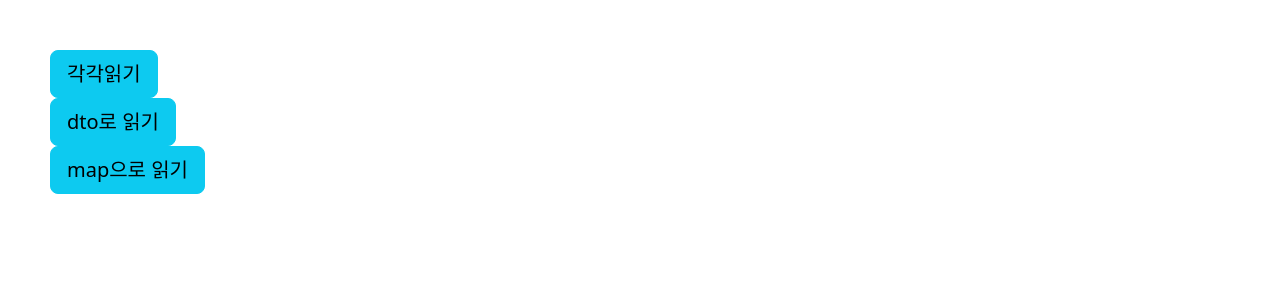
Repository: UZCHA/Sist0103Project
Page: http://localhost/SpringMvcFileUploadEx6/
The author's editor kept a copy of each file at every save. The page is drawn from the files as they stood at one save, then again after the next save.
The browser window is 1280 px wide. The pictures show the whole page.
Some web fonts or font styles are not loaded; a fallback is used. The page is served by Tomcat 9.

Above is the page before, as saved 2024-05-07 02:17:02.

After the next save:
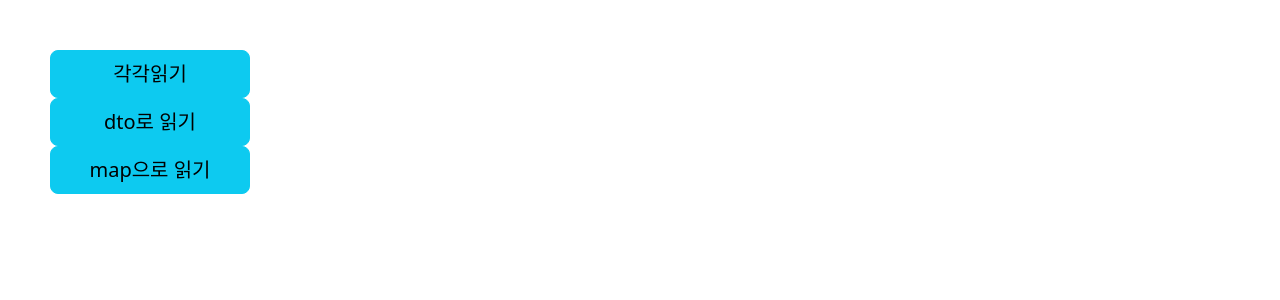
Saved 28 s later.
--- a/sts3work/SpringMvcFileUploadEx6/src/main/webapp/WEB-INF/day0507/menu.jsp
+++ b/sts3work/SpringMvcFileUploadEx6/src/main/webapp/WEB-INF/day0507/menu.jsp
@@ -13,11 +13,11 @@
 </head>
 <body>
 <div style="margin: 50px 50px;">
-	<button class="btn btn-info btn-lg">각각읽기</button>
+	<button class="btn btn-info btn-lg" style="width: 200px;">각각읽기</button>
 	<br>
-	<button class="btn btn-info btn-lg">dto로 읽기</button>
+	<button class="btn btn-info btn-lg" style="width: 200px;">dto로 읽기</button>
 	<br>
-	<button class="btn btn-info btn-lg">map으로 읽기</button>
+	<button class="btn btn-info btn-lg" style="width: 200px;">map으로 읽기</button>
 	<br>
 </div>
 </body>
